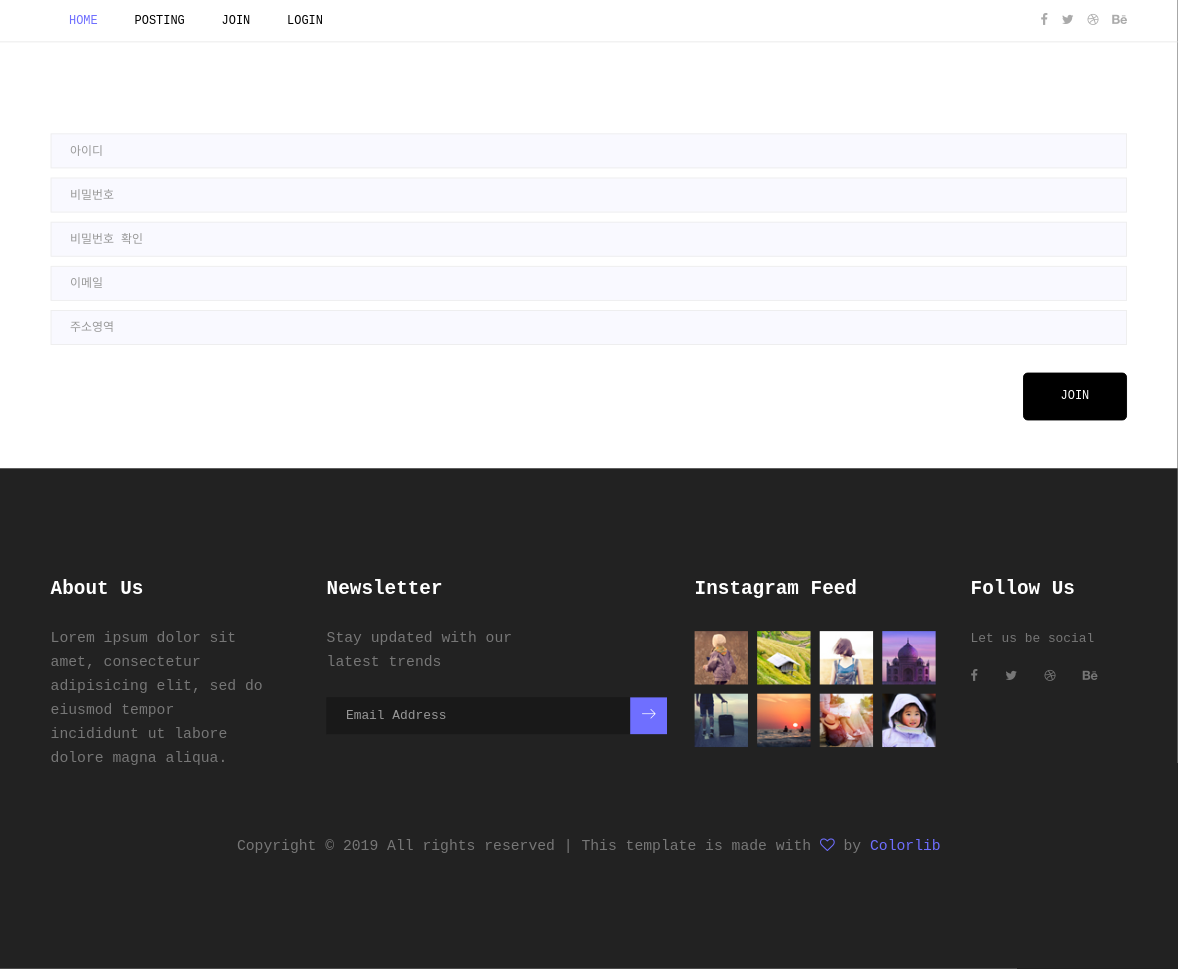
Repository: heonyKim/JSP
Page: http://localhost/blog/user/join.jsp
An editor plug-in stored every save of this project. The page is shown before and after the next save, followed by the edit.
The browser window is 1280 px wide. The pictures show the whole page, at 92% of full size.
Some web fonts or font styles are not loaded; a fallback is used. The page is served by Tomcat 9. Other server files are loaded and not shown.

Above is the page before, as saved 2019-10-31 01:19:09.

### blog_project/blog/WebContent/user/join.jsp
<%@ page language="java" contentType="text/html; charset=UTF-8" pageEncoding="UTF-8"%>


<%@ include file="/include/nav.jsp"%>



<!-- Contact Area -->
<section class="contact_area">
	<div class="container">
		<div class="row">

			<div class="col-lg-12">
				<form class="row contact_form" action="/blog/user?cmd=join" method="POST" id="contactForm" onsubmit="return validateCheck()">
					<div class="col-md-12">
						<div class="form-group">
							<input type="text" class="form-control" name="username" required="required" placeholder="아이디" maxlength="20">
						</div>
					</div>

					<div class="col-md-12">
						<div class="form-group">
							<input type="password" class="form-control" id="password" name="password" required="required" placeholder="비밀번호" maxlength="20" >
						</div>
					</div>

					<div class="col-md-12">
						<div class="form-group">
							<input type="password" class="form-control" id="passwordCheck" name="passwordCheck" required="required" placeholder="비밀번호 확인" maxlength="20">
						</div>
					</div>

					<div class="col-md-12">
						<div class="form-group">
							<input type="email" class="form-control" name="email" required="required" placeholder="이메일" maxlength="40">
						</div>
					</div>


					<div class="col-md-12">
						<div class="form-group">
							<input type="text" class="form-control" name="adress" id="adress" required="required" placeholder="주소영역" maxlength="60" readonly>
						</div>
					</div>


					<div class="col-md-12 text-right">
						<button type="submit" value="submit" class="btn submit_btn" >JOIN</button>
					</div>
				</form>
			</div>
		</div>
	</div>
</section>
<!-- Contact Area -->
<br>
<br>

	<script>
		function validateCheck(){

			var password = document.querySelector('#password').value;
			var passwordCheck = document.querySelector('#passwordCheck').value;

			if(password===passwordCheck){
				console.log("비밀번호가 동일합니다");
				return true;
			}else{
				console.log("비밀번호 틀림");
				alert("비밀번호를 다시확인하세요");
				return false;
			}

		}
	</script>


<%@ include file="/include/footer.jsp"%>

### blog_project/blog/WebContent/include/nav.jsp
<%@ page language="java" contentType="text/html; charset=UTF-8" pageEncoding="UTF-8"%>
<%@ taglib prefix="c" uri="http://java.sun.com/jsp/jstl/core"%>
<!doctype html>
<html lang="en">
<head>
<!-- Required meta tags -->
<meta charset="utf-8">
<meta name="viewport" content="width=device-width, initial-scale=1, shrink-to-fit=no">
<link rel="icon" href="/blog/img/favicon.png" type="image/png">
<title>Blog</title>
<!-- Bootstrap CSS -->
<link rel="stylesheet" href="/blog/css/bootstrap.css">
<link rel="stylesheet" href="/blog/vendors/linericon/style.css">
<link rel="stylesheet" href="/blog/css/font-awesome.min.css">
<link rel="stylesheet" href="/blog/vendors/owl-carousel/owl.carousel.min.css">
<link rel="stylesheet" href="/blog/vendors/lightbox/simpleLightbox.css">
<link rel="stylesheet" href="/blog/vendors/nice-select/css/nice-select.css">
<link rel="stylesheet" href="/blog/vendors/animate-css/animate.css">
<link rel="stylesheet" href="/blog/vendors/jquery-ui/jquery-ui.css">
<!-- main css -->
<link rel="stylesheet" href="/blog/css/style.css">
<link rel="stylesheet" href="/blog/css/responsive.css">
<style>
.board_list_content {
	display:block;
	display: -webkit-box;
	-webkit-box-orient: vertical;
	text-align: left;
	overflow: hidden;
	text-overflow: ellipsis;
	white-space: normal;
	line-height: 1.4;
	height : 2.6em;
	-webkit-line-clamp: 2;
	margin-bottom: 20px;
	word-break: break-all;
}
</style>
</head>
<body>

	<!--================Header Menu Area =================-->
	<header class="header_area">
		<div class="main_menu">
			<nav class="navbar navbar-expand-lg navbar-light">
				<div class="container box_1620">
					<!-- Brand and toggle get grouped for better mobile display -->
					<a class="navbar-brand logo_h" href="/blog/index.jsp"><img src="/blog/img/logo.png" alt=""></a>
					<button class="navbar-toggler" type="button" data-toggle="collapse" data-target="#navbarSupportedContent" aria-controls="navbarSupportedContent" aria-expanded="false"
						aria-label="Toggle navigation">
						<span class="icon-bar"></span> <span class="icon-bar"></span> <span class="icon-bar"></span>
					</button>
					<!-- Collect the nav links, forms, and other content for toggling -->
					<div class="collapse navbar-collapse offset" id="navbarSupportedContent">
						<ul class="nav navbar-nav menu_nav">
							<li class="nav-item active"><a class="nav-link" href="/blog/index.jsp">Home</a></li>
							<li class="nav-item"><a class="nav-link" href="/blog/board/write.jsp">Posting</a></li>
							<li class="nav-item"><a class="nav-link" href="/blog/user/join.jsp">Join</a></li>

							<c:choose>
								<c:when test="${empty sessionScope.user}">
									<li class="nav-item"><a class="nav-link" href="/blog/user/login.jsp">LOGIN</a></li>
								</c:when>
								<c:otherwise>
									<li class="nav-item"><a class="nav-link" href="/blog/user?cmd=logout">LOGOUT</a></li>
								</c:otherwise>
							</c:choose>



						</ul>
						<ul class="nav navbar-nav navbar-right header_social ml-auto">
							<li class="nav-item"><a href="#"><i class="fa fa-facebook"></i></a></li>
							<li class="nav-item"><a href="#"><i class="fa fa-twitter"></i></a></li>
							<li class="nav-item"><a href="#"><i class="fa fa-dribbble"></i></a></li>
							<li class="nav-item"><a href="#"><i class="fa fa-behance"></i></a></li>
						</ul>
					</div>
				</div>
			</nav>
		</div>

	</header>
	<!--================Header Menu Area =================-->

### blog_project/blog/WebContent/include/footer.jsp
<%@ page language="java" contentType="text/html; charset=UTF-8" pageEncoding="UTF-8"%>
<!DOCTYPE html>
<html>
<head>
<meta charset="UTF-8">
<title>Insert title here</title>
</head>
<body>
	<!--================ start footer Area  =================-->
	<footer class="footer-area p_120">
		<div class="container">
			<div class="row">
				<div class="col-lg-3  col-md-6 col-sm-6">
					<div class="single-footer-widget">
						<h6 class="footer_title">About Us</h6>
						<p>Lorem ipsum dolor sit amet, consectetur adipisicing elit, sed do eiusmod tempor incididunt ut labore dolore magna aliqua.</p>
					</div>
				</div>
				<div class="col-lg-4 col-md-6 col-sm-6">
					<div class="single-footer-widget">
						<h6 class="footer_title">Newsletter</h6>
						<p>Stay updated with our latest trends</p>
						<div id="mc_embed_signup">
							<form target="_blank" action="https://spondonit.us12.list-manage.com/subscribe/post?u=1462626880ade1ac87bd9c93a&amp;id=92a4423d01" method="get" class="subscribe_form relative">
								<div class="input-group d-flex flex-row">
									<input name="EMAIL" placeholder="Email Address" onfocus="this.placeholder = ''" onblur="this.placeholder = 'Email Address '" required="" type="email">
									<button class="btn sub-btn">
										<span class="lnr lnr-arrow-right"></span>
									</button>
								</div>
								<div class="mt-10 info"></div>
							</form>
						</div>
					</div>
				</div>
				<div class="col-lg-3 col-md-6 col-sm-6">
					<div class="single-footer-widget instafeed">
						<h6 class="footer_title">Instagram Feed</h6>
						<ul class="list instafeed d-flex flex-wrap">
							<li><img src="/blog/img/instagram/Image-01.jpg" alt=""></li>
							<li><img src="/blog/img/instagram/Image-02.jpg" alt=""></li>
							<li><img src="/blog/img/instagram/Image-03.jpg" alt=""></li>
							<li><img src="/blog/img/instagram/Image-04.jpg" alt=""></li>
							<li><img src="/blog/img/instagram/Image-05.jpg" alt=""></li>
							<li><img src="/blog/img/instagram/Image-06.jpg" alt=""></li>
							<li><img src="/blog/img/instagram/Image-07.jpg" alt=""></li>
							<li><img src="/blog/img/instagram/Image-08.jpg" alt=""></li>
						</ul>
					</div>
				</div>
				<div class="col-lg-2 col-md-6 col-sm-6">
					<div class="single-footer-widget f_social_wd">
						<h6 class="footer_title">Follow Us</h6>
						<p>Let us be social</p>
						<div class="f_social">
							<a href="#"><i class="fa fa-facebook"></i></a> <a href="#"><i class="fa fa-twitter"></i></a> <a href="#"><i class="fa fa-dribbble"></i></a> <a href="#"><i class="fa fa-behance"></i></a>
						</div>
					</div>
				</div>
			</div>
			<div class="row footer-bottom d-flex justify-content-between align-items-center">
				<p class="col-lg-12 footer-text text-center">
					<!-- Link back to Colorlib can't be removed. Template is licensed under CC BY 3.0. -->
					Copyright &copy;
					<script>
						document.write(new Date().getFullYear());
					</script>
					All rights reserved | This template is made with <i class="fa fa-heart-o" aria-hidden="true"></i> by <a href="https://colorlib.com" target="_blank">Colorlib</a>
					<!-- Link back to Colorlib can't be removed. Template is licensed under CC BY 3.0. -->
				</p>
			</div>
		</div>
	</footer>
	<!--================ End footer Area  =================-->




	<!-- Optional JavaScript -->
	<!-- jQuery first, then Popper.js, then Bootstrap JS -->
	<script src="/blog/js/jquery-3.2.1.min.js"></script>
	<script src="/blog/js/popper.js"></script>
	<script src="/blog/js/bootstrap.min.js"></script>
	<script src="/blog/js/stellar.js"></script>
	<script src="/blog/vendors/lightbox/simpleLightbox.min.js"></script>
	<script src="/blog/vendors/nice-select/js/jquery.nice-select.min.js"></script>
	<script src="/blog/vendors/isotope/imagesloaded.pkgd.min.js"></script>
	<script src="/blog/vendors/isotope/isotope-min.js"></script>
	<script src="/blog/vendors/owl-carousel/owl.carousel.min.js"></script>
	<script src="/blog/vendors/jquery-ui/jquery-ui.js"></script>
	<script src="/blog/js/jquery.ajaxchimp.min.js"></script>
	<script src="/blog/js/mail-script.js"></script>
	<script src="/blog/js/theme.js"></script>
	<script src=""></script>
	<script src=""></script>
</body>
</html>

### blog_project/blog/WebContent/css/responsive.css
@media (max-width:1619px){
	/* Main Menu Area css
	============================================================================================ */
   .header_area .navbar .search {
		margin-left: 40px;
	}
	/* End Main Menu Area css
	============================================================================================ */
	.home_banner_area .blog_text_slider .owl-prev, .home_banner_area .blog_text_slider .owl-next {
		right: 0px;
		font-size: 30px;
	}
}
@media (max-width:1199px){
	/* Main Menu Area css
	============================================================================================ */
	.header_area + section, .header_area + div {
		margin-top: 143px;
	}
	.top_menu .container{
		display: block;
	}
	/* End Main Menu Area css
	============================================================================================ */
	/* Home Banner Area css
	============================================================================================ */
	.home_banner_area {
		min-height: 700px;
	}
	/* End Home Banner Area css
	============================================================================================ */
	.home_banner_area {
		background-size: cover;
	}
	.blog_text {
		padding: 65px 65px 65px 65px;
	}
	.banner_area {
		background-size: cover;
	}
	.blog_style1 .blog_text {
		padding-left: 15px;
		padding-right: 15px;
		padding-top: 0px;
		padding-bottom: 0px;
	}
}

@media (max-width:991px){
	/* Main Menu Area css
	============================================================================================ */
	.logo_part {
		display: none;
	}
    .navbar-toggler {
        border: none;
        border-radius: 0px;
        padding: 0px;
        cursor: pointer;
        margin-top: 27px;
        margin-bottom: 23px;
		float: right;
    }
	.header_area .navbar {
		background: #fff;
	}
    .navbar-toggler[aria-expanded="false"] span:nth-child(2) {
		opacity: 1;
	}
	.navbar-toggler[aria-expanded="true"] span:nth-child(2) {
		opacity: 0;
	}
	.navbar-toggler[aria-expanded="true"] span:first-child {
		transform: rotate(-45deg);
		position: relative;
		top: 7.5px;
	}
	.navbar-toggler[aria-expanded="true"] span:last-child {
		transform: rotate(45deg);
		bottom: 6px;
		position: relative;
	}
	.navbar-toggler span{
		display: block;
		width: 25px;
		height: 3px;
		background: #000;
		margin: auto;
		margin-bottom: 4px;
		transition: all 400ms linear;
		cursor: pointer;
	}
    .navbar .container{
        padding-left: 15px;
        padding-right: 15px;
    }
    .nav{
        padding: 0px 0px;
    }
	.header_area + section, .header_area + row, .header_area + div {
		margin-top: 117px;
	}
    .header_top .nav{
        padding: 0px;
    }
    .header_area .navbar .nav .nav-item .nav-link{
        line-height: 40px;
        margin-right: 0px;
        display: block;
		border-bottom: 1px solid #ededed33;
		border-radius: 0px;
    }
    .header_area .navbar .search{
        margin-left: 0px;
    }
	.header_area .navbar-collapse{
		max-height: 340px;
		overflow-y: scroll;
	}
	.header_area .navbar .nav .nav-item.submenu ul .nav-item .nav-link {
		padding: 0px 15px;
	}
	.header_area .navbar .nav .nav-item {
		margin-right: 0px;
	}
	.header_area + section, .header_area + row, .header_area + div {
		margin-top: 71px;
	}
	.main_menu .navbar .container_inner {
		display: block;
	}
	.main_menu .navbar .navbar-brand {
		display: inline-block;
		padding-top: 11px;
		width: 173px;
	}
	.main_menu .navbar .navbar-brand img {
		width: 100%;
	}
	/* End Main Menu Area css
	============================================================================================ */

	/* Contact Page Area css
	============================================================================================ */
	.contact_info{
		margin-bottom: 50px;
	}
	/* End Contact page Area css
	============================================================================================ */
	.home_banner_area .donation_inner{
		margin-bottom: -30px;
	}
	.single-footer-widget{
		margin-bottom: 30px;
	}
	.footer-area .row{
		margin-bottom: -30px;
	}
	/* Footer Area css
	============================================================================================ */
	/* End End Footer Area css
	============================================================================================ */
	.home_banner_area {
		background-size: cover;
		margin-bottom: 0px;
	}
	/* Extra header Area css
	============================================================================================ */
	/* End Extra header Area css
	============================================================================================ */

	.nav.navbar-nav.navbar-right.header_social{
		display: none;
	}

}
@media (max-width:767px){
	.home_banner_area {
		min-height: 500px;
	}
	.home_banner_area .banner_inner {
		min-height: 500px;
	}
	.home_banner_area .banner_inner .banner_content {
		margin-top: 0px;
	}
	/* Blog Page Area css
	============================================================================================ */
    .blog_banner .banner_inner .blog_b_text h2 {
		font-size: 40px;
		line-height: 50px;
	}
	.blog_info.text-right{
		text-align: left !important;
		margin-bottom: 10px;
	}
	/* End Blog Page Area css
	============================================================================================ */
	.home_banner_area .banner_inner .banner_content h3 {
		font-size: 30px;
	}
	.home_banner_area .banner_inner .banner_content p br {
		display: none;
	}
	/* Footer Area css
	============================================================================================ */
	.footer-bottom .footer-text{
		text-align: center;
	}
	.footer-bottom .footer-social {
		text-align: center;
		margin-bottom: 20px;
	}
	/* End End Footer Area css
	============================================================================================ */
	.blog_style1.small .blog_img img{
		width: 100%;
	}
}
@media (max-width:575px){

	.header_area + section, .header_area + row, .header_area + div {
		margin-top: 71px;
	}
	.top_menu {
		display: none;
	}

    /* Home Banner Area css
	============================================================================================ */
	.home_banner_area .banner_inner .banner_content h2 {
		font-size: 28px;
	}
	.home_banner_area {
		min-height: 500px;
	}
	.home_banner_area .banner_inner {
		min-height: 500px;
	}
	.blog_banner .banner_inner .blog_b_text {
		margin-top: 0px;
	}
	.home_banner_area .banner_inner .banner_content img{
		display: none;
	}
	.home_banner_area .banner_inner .banner_content h5 {
		margin-top: 0px;
	}
	.home_banner_area .banner_inner .banner_content .date a {
		margin-right: 8px;
	}
	/* End Home Banner Area css
	============================================================================================ */
	.p_120 {
		padding-top: 70px;
		padding-bottom: 70px;
	}
	.main_title h2 {
		font-size: 25px;
	}
	/* Elements Area css
	============================================================================================ */
	.sample-text-area {
		padding: 70px 0 70px 0;
	}
	/* End Elements Area css
	============================================================================================ */

	/* Blog Page Area css
	============================================================================================ */
	.blog_details h2 {
		font-size: 20px;
		line-height: 30px;
	}
	.blog_banner .banner_inner .blog_b_text h2 {
		font-size: 28px;
		line-height: 38px;
	}
	.banner_area .banner_inner .banner_content {
		margin-top: 0px;
	}
	/* End Blog Page Area css
	============================================================================================ */
	/* Footer Area css
	============================================================================================ */
	/* End End Footer Area css
	============================================================================================ */
	.pad_top {
		padding-top: 70px;
	}
	.mt-100 {
		margin-top: 50px;
	}
	.single-footer-widget p {
		max-width: 100%;
	}
	.p_100 {
		padding-top: 70px;
		padding-bottom: 70px;
	}
	.blog_style1 .blog_text .blog_text_inner {
		margin-top: 0px;
	}
	.blog_style1 .blog_text {
		padding-left: 0px;
		padding-right: 0px;
		padding-top: 0px;
		padding-bottom: 0px;
	}
	.blog_text .cat a {
		margin-right: 5px;
	}
	.blog_text .cat .cat_btn {
		display: block;
		width: 86px;
		margin-bottom: 10px;
	}
}

@media (max-width:480px){
	/* Main Menu Area css
	============================================================================================ */
	.header_area .navbar-collapse{
		max-height: 250px;
	}
	/* End Main Menu Area css
	============================================================================================ */

	/* Home Banner Area css
	============================================================================================ */
    .home_banner_area .banner_inner .banner_content {
		padding: 30px 15px;
		margin-top: 0px;
	}
	.banner_content .white_btn {
		display: block;
	}
	.home_banner_area .banner_inner .banner_content h3 {
		font-size: 24px;
	}
	.home_banner_area .carousel .carousel-indicators {
		bottom: -50px;
		z-index: 20;
	}
	/* End Home Banner Area css
	============================================================================================ */
	.banner_area .banner_inner .banner_content h2 {
		font-size: 32px;
	}
	/* Blog Page Area css
	============================================================================================ */
	.comments-area .thumb {
		margin-right: 10px;
	}

	/* End Blog Page Area css
	============================================================================================ */
	.home_banner_area .blog_text_slider .owl-prev {
		top: auto;
		bottom: 110px;
		transform: translateY(-0%);
		left: 10px;
	}
	.home_banner_area .blog_text_slider .owl-next {
		top: auto;
		bottom: 110px;
		right: 10px;
		transform: translateY(-0%);
	}
	.blog_text {
		padding: 60px 20px;
	}
}

Loaded but not shown: blog_project/blog/WebContent/css/bootstrap.css (library); blog_project/blog/WebContent/vendors/linericon/style.css (library); blog_project/blog/WebContent/css/font-awesome.min.css (library); blog_project/blog/WebContent/vendors/owl-carousel/owl.carousel.min.css (common file); blog_project/blog/WebContent/vendors/lightbox/simpleLightbox.css (library); blog_project/blog/WebContent/vendors/nice-select/css/nice-select.css (library); blog_project/blog/WebContent/vendors/animate-css/animate.css (library); blog_project/blog/WebContent/vendors/jquery-ui/jquery-ui.css (library); blog_project/blog/WebContent/js/jquery-3.2.1.min.js (library); blog_project/blog/WebContent/js/popper.js (library); blog_project/blog/WebContent/js/bootstrap.min.js (library); blog_project/blog/WebContent/js/stellar.js (library); blog_project/blog/WebContent/vendors/lightbox/simpleLightbox.min.js (library); blog_project/blog/WebContent/vendors/nice-select/js/jquery.nice-select.min.js (common file); blog_project/blog/WebContent/vendors/isotope/imagesloaded.pkgd.min.js (library); blog_project/blog/WebContent/vendors/isotope/isotope-min.js (library); blog_project/blog/WebContent/vendors/owl-carousel/owl.carousel.min.js (library); blog_project/blog/WebContent/vendors/jquery-ui/jquery-ui.js (library); blog_project/blog/WebContent/js/jquery.ajaxchimp.min.js (library); blog_project/blog/WebContent/js/theme.js (283 lines, source omitted); blog_project/blog/WebContent/js/mail-script.js (31 lines, source omitted); blog_project/blog/WebContent/css/style.css (3905 lines, source omitted)

After the next save:
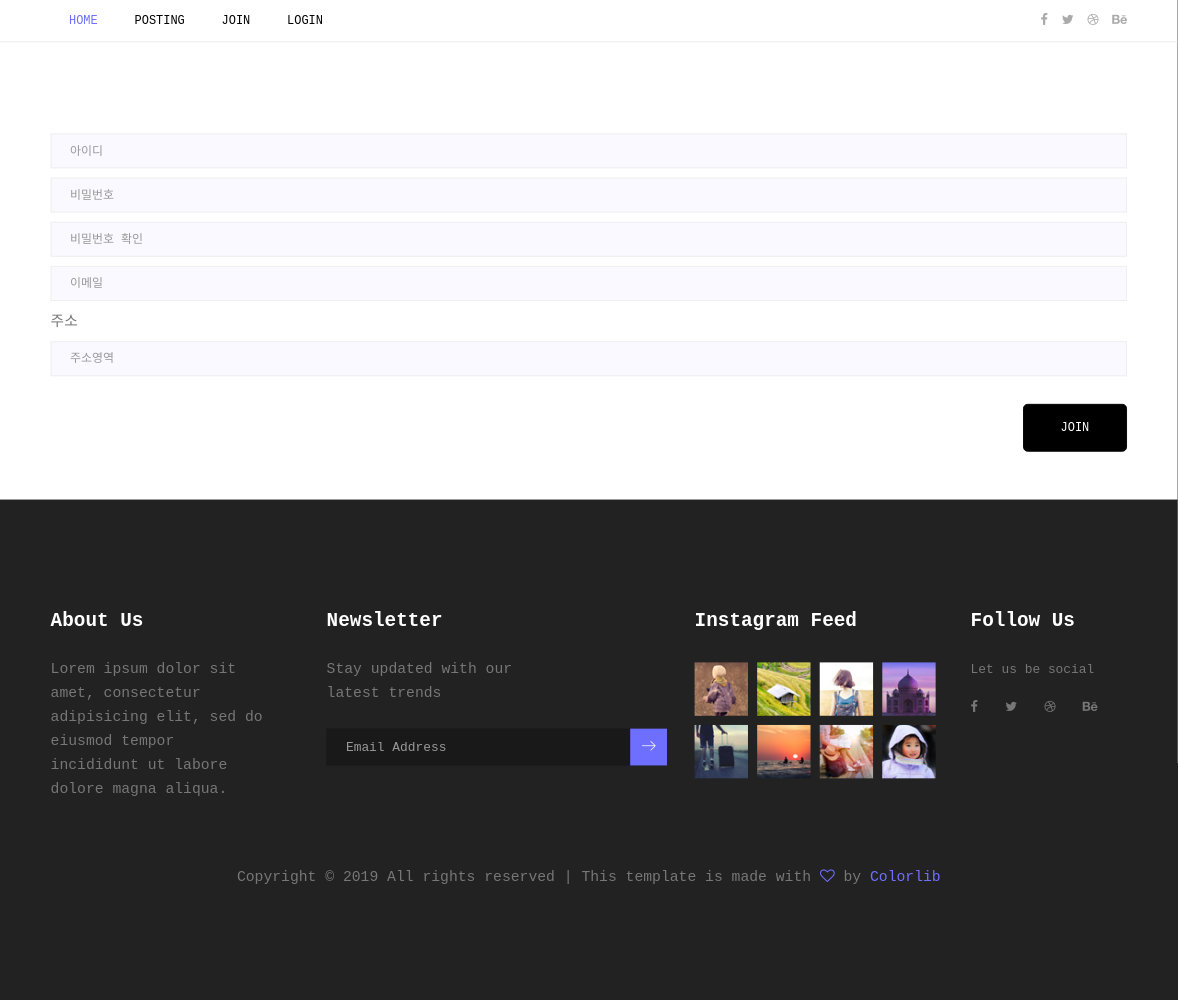
Saved 17 s later.
--- a/blog_project/blog/WebContent/user/join.jsp
+++ b/blog_project/blog/WebContent/user/join.jsp
@@ -39,6 +39,7 @@
 
 					<div class="col-md-12">
 						<div class="form-group">
+							<label>주소</label>
 							<input type="text" class="form-control" name="adress" id="adress" required="required" placeholder="주소영역" maxlength="60" readonly>
 						</div>
 					</div>
